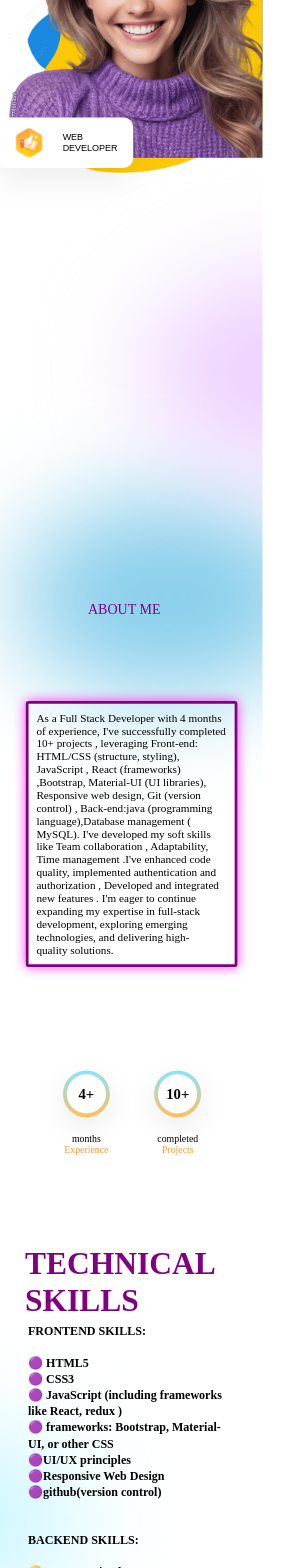
Repository: glorysandy/Protfolio
Page: /
These files come from the project's save history. The page is drawn as it stood at one moment and after the next save; the edit follows.
The browser window is 375 px wide. The page is 440 px wide, so the pictures cover 440 px, including what lies to the right of the window. The pictures show the part of the page from y = 1097 to 3337 px (the page is 7883 px tall), at 70% of full size.
Some web fonts or font styles are not loaded; a fallback is used. The project was rebuilt for these pictures with package versions that can differ from the ones it lists, and the page was loaded fresh each time. Imported but missing from the stored project, and not drawn on this page: src/components/Services/SANDHIYA.P (RESUME).pdf.

Above is the page before, as saved 2024-10-17 16:07:03.

### public/index.html
<!DOCTYPE html>
<html lang="en">
  <head>
    <meta charset="utf-8" />
    <link rel="icon" href="%PUBLIC_URL%/favicon.ico" />
    <meta name="viewport" content="width=device-width, initial-scale=1" />
    <meta name="theme-color" content="#000000" />
    <meta
      name="description"
      content="Web site created using create-react-app"
    />
    <style>
      @font-face{
        font-family: Gumela;
        src:url('../src/fonts/*');
      }
      *{
        font-family: 'Gumela';
        font-weight:normal ;
        font-size: 20px;

      }
      body{
        margin: 0;
      }
    </style>
    <link rel="apple-touch-icon" href="%PUBLIC_URL%/logo192.png" />
    <!--
      manifest.json provides metadata used when your web app is installed on a
      user's mobile device or desktop. See https://developers.google.com/web/fundamentals/web-app-manifest/
    -->
    <link rel="manifest" href="%PUBLIC_URL%/manifest.json" />
    <!--
      Notice the use of %PUBLIC_URL% in the tags above.
      It will be replaced with the URL of the `public` folder during the build.
      Only files inside the `public` folder can be referenced from the HTML.

      Unlike "/favicon.ico" or "favicon.ico", "%PUBLIC_URL%/favicon.ico" will
      work correctly both with client-side routing and a non-root public URL.
      Learn how to configure a non-root public URL by running `npm run build`.
    -->
    <title>React App</title>
  </head>
  <body>
    <noscript>You need to enable JavaScript to run this app.</noscript>
    <div id="root"></div>
    <!--
      This HTML file is a template.
      If you open it directly in the browser, you will see an empty page.

      You can add webfonts, meta tags, or analytics to this file.
      The build step will place the bundled scripts into the <body> tag.

      To begin the development, run `npm start` or `yarn start`.
      To create a production bundle, use `npm run build` or `yarn build`.
    -->
  </body>
</html>

### src/components/Navbar/Navbar.jsx
import React from "react";
import Toggle from "../Toggle/Toggle";
import "./Navbar.css";
import { Link } from "react-scroll";
const navbar = () => {
  return (
    <div className="n-wrapper" id="Navbar">
      {/* left */}
      <div className="n-left">
        <div className="n-name">MODE</div>
        <Toggle />
      </div>
      {/* right */}
      <div className="n-right">
        <div className="n-list">
          <ul style={{ listStyleType: "none" }}>
            <li>
              <Link activeClass="active" to="Navbar" spy={true} smooth={true}>
                HOME
              </Link>
            </li>
            <li>
              <Link to="testimonial" spy={true} smooth={true}>
                ABOUT
              </Link>
            </li>
            <li>
              <Link to="works" spy={true} smooth={true}>
                SKILLS
              </Link>
            </li>
            <li>
              <Link to="portfolio" spy={true} smooth={true}>
                PROJECTS
              </Link>
            </li>
            <li>
              <Link to=" services" spy={true} smooth={true}>
                RESUME
              </Link>
            </li>
          </ul>
        </div>
        <Link to="contact" spy={true} smooth={true}>
        <button className="button n-button">CONTACT</button>
        </Link>
      </div>
    </div>
  );
};

export default navbar;

### src/components/Testimonials/Testimonial.jsx
import React from "react";
import "./Testimonial.css";
import back from  "../../img/Hand coding-rafiki.png";
import { width } from "@fortawesome/free-brands-svg-icons/fa42Group";
const Testimonial = () => {

  return (
    <div className="t-wrapper" id="testimonial">
      <div className="t-heading" style={{marginLeft:"95vh" ,marginTop:"35vh"}}>
        <span>ABOUT </span>
        <span>ME </span>
      <div className="blur t-blur1" style={{ background: "var(--purple)" }}></div>
      <div className="blur t-blur2" style={{ background: "skyblue" }}></div>
      <div className="blur t-blur3" style={{ background: "voilet" }}></div>
       <div className="t-back"  >
       <img
          src={back}
          alt=""
        />
</div> <div className="t-sen" style={{fontSize:"1.6rem",fontWeight: "7rem",  position: "absolute", marginTop: "-100vh" ,marginLeft: "-48px",marginRight: "18px"
}}> <span>As a Full Stack Developer with 4 months of experience, I've   successfully completed 10+ projects , leveraging Front-end:  HTML/CSS (structure, styling), JavaScript , React (frameworks) ,Bootstrap, Material-UI (UI libraries), Responsive web design, Git (version control)
, Back-end:java (programming language),Database management ( MySQL). I've developed my soft skills like Team collaboration , Adaptability, Time management .I've enhanced code quality, implemented authentication   and authorization
,  Developed and integrated new features
. I'm eager to continue expanding my expertise in full-stack development, exploring emerging technologies, and delivering high-quality solutions.</span></div> </div>

<div className="head"> <span> ABOUT ME</span></div>

    <div className="dup">
    <span>As a Full Stack Developer with 4 months of experience, I've   successfully completed 10+ projects , leveraging Front-end:  HTML/CSS (structure, styling), JavaScript , React (frameworks) ,Bootstrap, Material-UI (UI libraries), Responsive web design, Git (version control)
, Back-end:java (programming language),Database management ( MySQL). I've developed my soft skills like Team collaboration , Adaptability, Time management .I've enhanced code quality, implemented authentication   and authorization
,  Developed and integrated new features
. I'm eager to continue expanding my expertise in full-stack development, exploring emerging technologies, and delivering high-quality solutions.</span>


      </div>

       </div>

  );
};

export default Testimonial;

### src/components/Experience/Experience.jsx
import React, { useContext } from "react";
import { themeContext } from "../../Context";
import "./Experience.css";
const Experience = () => {
  const theme = useContext(themeContext);
  const darkMode = theme.state.darkMode;

  return (
    <div className="experience" id='experience'>
      <div className="achievement">
        {/* darkMode */}
        <div className="circle" style={{color: darkMode?'var(--orange)':''}}>4+</div>
        <span  style={{color: darkMode?'white':''}}>months </span>
        <span>Experience</span>
      </div>
      <div className="achievement">
        <div className="circle" style={{color: darkMode?'var(--orange)':''}}>10+</div>
        <span  style={{color: darkMode?'white':''}}>completed </span>
        <span>Projects</span>
      </div>
    </div>
  );
};

export default Experience;

### src/components/Portfolio/Portfolio.jsx
import React, { useContext } from "react";
import "./Portfolio.css";
import { Swiper, SwiperSlide } from "swiper/react"
import "swiper/css";
import pro from "../../img/pro 1 copy.jpg";
import pro2 from "../../img/pro2.jpg";
import HOC from "../../img/hoc.png";
import pro3 from "../../img/pro3.jpg";
import { themeContext } from "../../Context";

const Portfolio = () => {
  const theme = useContext(themeContext);
  const config ={
    social:{
      pro1:'https://project-1-nerolac.vercel.app/',
      pro2:'https://rock-paper-scissors-phi-puce.vercel.app/',
      pro3:'https://sliding-puzzle-jade.vercel.app/',
    }
}

  const darkMode = theme.state.darkMode;
  return (
    <div className="portfolio" id="portfolio">
            <div className="blur t-blur2" style={{ background: "skyblue" }}></div>
      <div className="blur t-blur2" style={{ background: "voilet" }}></div>

      {/* heading */}
      <span style={{color: darkMode?'white': ''}}>Recent Projects</span>
      <span>Portfolio</span>



      {/* slider */}
      <Swiper
        spaceBetween={30}
        slidesPerView={3}
        grabCursor={true}
        className="portfolio-slider"
      ><div className="silde">


        <SwiperSlide>
          <div >
       <a href={config.social.pro1}  ><img src={pro} alt="" /></a>
          </div>
        </SwiperSlide>
        <SwiperSlide>
          <div>
          <a href={config.social.pro2}  ><img src={pro2} alt="" /></a>
          </div>
        </SwiperSlide>
        <SwiperSlide>
        <div>
        <a href={config.social.pro3}  ><img src={pro3} alt="" /></a>
        </div>
        </SwiperSlide>
        <SwiperSlide>
          <div>

          </div>
          <img src={HOC} alt="" />
        </SwiperSlide></div>
      </Swiper>

    </div>
  );
};

export default Portfolio;

### src/components/Contact/Contact.jsx
import React, { useContext, useRef, useState } from "react";
import "./Contact.css";
import emailjs from '@emailjs/browser';
import { themeContext } from "../../Context";

const Contact = () => {
  const theme = useContext(themeContext);
  const darkMode = theme.state.darkMode;
  const form = useRef();
  const [done, setDone] = useState(false)
  const sendEmail = (e) => {
    e.preventDefault();

    emailjs
      .sendForm(
        "service_y60teja",
        "template_4kj4n7i",
        form.current,
        "ORKOyUiaYznGkr2zZ"
      )
      .then(
        (result) => {
          console.log(result.text);
          setDone(true);


        },
        (error) => {
          console.log(error.text);
        }
      );
  };

  return (
    <div className="contact-form" id="contact">
      {/* left side copy and paste from work section */}

      <div className="w-left">
        <div className="awesome">
          {/* darkMode */}
          <span style={{color: darkMode?'white': ''}}>Get in Touch</span>
          <span style={{color:"purple"}}>Contact me</span>
          <div
            className="blur s-blur1"
            style={{ background: "#ABF1FF94" }}
          ></div>
        </div>
      </div>
      {/* right side form */}
      <div className="c-right">
      <form ref={form}  onSubmit={sendEmail}>
          <input type="text" name="user_name" className="user"  placeholder="NAME"/>
          <input type="email" name="user_email" className="user" placeholder="EMAIL"/>
          <textarea name="message" className="user" placeholder="MESSAGE"/>
          <input  type="submit" value="Send" className="button"/>
          <span  className="c-t">{done && "Thanks for Contacting me"}</span>  </form>
          <div
            className="blur c-blur1"
            style={{ background: "var(--purple)" }}
          ></div>


      </div>
      </div>

  );
};

export default Contact;

### src/components/Footer/Footer.jsx
import React from "react";
import "./Footer.css";
import Git from "../../img/git3.png";
import ins from "../../img/mylink.png";
import end from "../../img/end.png";
import wave2 from "../../img/AdobeStock_559187959 copy.png";
import { width } from "@fortawesome/free-brands-svg-icons/fa42Group";
const Footer = () => {

  const config ={
    social:{
      Github:'https://github.com/glorysandy',
      LinkedIn:'https://www.linkedin.com/in/sandhiya-parasuraman-822719298/',

    }
}


  return (
    <div className="footer">
     <img src={wave2} alt="" style={{ width: "100%", height: "80%",  marginTop:"-2vh"}} />

     <div className="blur t-blur1" style={{ background: "var(--purple)" }}></div>
      <div className="blur t-blur2" style={{ background: "var(--purple)" }}></div>
      <div className="f-content"  >
        <div>        <span > EMAIL ID: samuve0842@gmail.com</span> <br></br> <br></br> <br></br>
        <span>PHONE NO: 9043545860</span>
        </div>
        <div className="f-back"  >
       <img
          src={end}
          alt=""
        />
        </div>

        <div className="f-icons" >

          <a href={config.social.LinkedIn} ><img src={ins} alt="" /></a>
          <a href={config.social.Github}><img src={Git} alt=""/></a>
        </div>

      </div>
      </div>
  );
};

export default Footer;

### src/components/Toggle/Toggle.jsx
import React, { useContext } from "react";
import "./Toggle.css";
import Moon from "@iconscout/react-unicons/icons/uil-moon";
import Sun from "@iconscout/react-unicons/icons/uil-sun";
import { themeContext } from "../../Context";

const Toggle = () => {
  const theme = useContext(themeContext);
  const darkMode = theme.state.darkMode;
  const handleClick = () => {
    // debugger
    theme.dispatch({ type: "toggle" });
  };
  return (
    <div className="toggle" onClick={handleClick}>
      <Moon />
      <Sun />
      {/*                              toggle.css mein left ki property aik assign hy ussy delete
                                          krna hy pehly */}
      <div
        className="t-button"
        style={darkMode ? { left: "2px" } : { right: "2px" }}
      ></div>
    </div>
  );
};

export default Toggle;

### src/components/Navbar/Navbar.css
.n-wrapper {
  height: 10vh;
  display: flex;
  justify-content: space-between;
  margin-bottom: 2rem;
  top: 0;
}
.n-left {
  flex: 1;
  align-items: center;
  justify-content: left;
  display: flex;
  gap: 2rem;

}
.n-name {
  font-size: 1.3rem;
  font-weight: bold;
}
.n-right {
  flex: 1;
  display: flex;
  align-items: center;
  justify-content: flex-end;
  font-weight: 400;

}
.n-right :hover{
  color: rgb(165, 0, 137);


}
.n-list {
  flex: 10;
}
.n-list > ul {
  display: flex;
  gap: 2rem;
  margin-right: 4rem;
}

.n-list > ul :hover {
  color: var(--orange);
  cursor: pointer;


}

.n-button {
  flex: 2;

}

@media screen and (max-width: 480px) {
  .n-list {
    display: none;
  }
}

### src/components/Intro/Intro.css
.Intro {
  display: flex;
  height: 77vh;
  margin-top: 6rem;
}

/* left side styling */
.i-left {
  display: flex;
  position: relative;
  flex: 1;
  flex-direction: column;
  gap: 2rem;
}
.i-name {
  display: flex;
  flex-direction: column;
  gap: 0.25rem;
}
.i-name > :nth-child(1) {
  color: rgb(243, 188, 6);
  font-weight: bold;
  font-size: 3rem;
}
.i-name > :nth-child(2) {
  color: rgb(136, 7, 136);

  font-weight: bold;
  font-size: 2.9rem;
}
.i-name > :nth-child(3) {
  font-weight: 100;
  font-size: 17px;
  color: var(--gray);
  margin-top: 10px;
}
.i-button {
  width: 6rem;
  height: 2rem;

}
.i-button:hover{
  color: rgb(121, 1, 101);
  background-color: rgb(226, 80, 255);
  box-shadow: 0 0 20px rgb(255, 53, 238);

}
.i-icons {
  margin-top: 3rem;
  display: flex;
  gap: 0rem;
}
.i-icons > * {
  transform: scale(0.5);
}
.i-icons > *:hover {
  cursor: pointer;
  color: rgb(121, 1, 101);
  background-color: rgb(226, 80, 255);
  box-shadow: 0 0 20px rgb(255, 53, 238);


}
/* right side styling */
.i-right {
  flex: 1;
  position: relative;
}
.i-right > * {
  position: absolute;
  z-index: 1;
}
.i-right > :nth-child(1) {
  transform: scale(0.69);
  left: -15%;
  top: -9%;
}
.i-right > :nth-child(2) {
  top: -4.6rem;
  transform: scale(0.67);
  left: -3rem;
}
.i-right > :nth-child(3) {
  transform: scale(1.4);
  width: 18rem;
  height: 18rem;
  left: 28%;
}
.i-right > :nth-child(4) {
  transform: scale(0.62);
  top: -19%;
  left: -24%;
  border-radius: 50%;
  padding: 0;
}

/* blur */
.blur {
  position: absolute;
  width: 22rem;
  height: 14rem;
  border-radius: 50%;
  background: #edd0ff;
  filter: blur(212px);
  z-index: -9;
  top: -18%;
  left: 56%;
  filter: blur(72px);
}

@media screen and (max-width: 480px) {
  .Intro {
    flex-direction: column;
    gap: 7rem;
    height: 64rem;
  }

  .i-right {
    transform: scale(0.8);
    left: -3rem;
  }
  .i-right .blur {
    display: none;
  }
  .floating-div:nth-of-type(1){
    /* display: none; */
    top: -7rem !important;;
  }
}

### src/components/Testimonials/Testimonial.css
.t-wrapper{
    padding:  0 3rem 0 3rem;;
    height: 100vh;
    display: flex;
    align-items: center;
    justify-content: center;
    margin-top: 7rem;
    flex-direction: column;
    gap: 2rem;
    position: relative;


}
.t-heading{
    align-self: start;

}
.t-heading>*{
    font-size: 2rem;
    font-weight: bold;

}
.t-heading span:nth-of-type(2){
    color: rgba(170, 0, 170, 0.733);
}
.head{
    margin-left: -90vh;
    margin-top: -1rem;
    font-size: 20vh;
    color: purple;
    font-weight: bold;
    display: none;
}
.t-blur1{
    left: 38rem;
    top: 16rem;
}
.t-blur2{
    top: 9rem;
    left: 0;
}
.t-back{
    display: flex;
    position: relative;
    width: 35rem;
    height:35rem;
    left:-115vh;
    top:-3rem;
}
.t-sen{
font-size:1.6rem;
}
.t-sen:hover{
cursor: pointer;
color: rgb(121, 1, 101);
box-shadow: 0 0 20px rgb(255, 53, 238);
padding: 0.7rem;
border-radius: 5px;
}
.dup{
    display: none;

}
.dup{
    cursor: pointer;
    color: rgb(121, 1, 101);
    box-shadow: 0 0 20px rgb(255, 53, 238);
    padding: 0.7rem;
    border-radius: 5px;

}
@media screen and (max-width: 480px) {

    .t-back{
        flex-direction: column;
        transform: scale(0.6);
        margin-left:  -115px;
        gap:5rem;
        height: 64rem;
        margin-top: -70vh;
        position: relative;
        display: none;
    }
    .head{
        margin-top: 1vh;
        display: flex;
        margin-left: -20px;
    font-size: 20rem;
    font-weight: bolder;
    }
    .dup  {

        display: flex;
        margin-top: 4vh;
        transform: scale(0.8);
        border: 5px solid purple;
        color: black;
        width: 340px;
        justify-content: start;
    }
    .c-t{
        transform: scale(0.7);
        margin-top: -2rem;
    }
}

### src/components/Experience/Experience.css
.experience {
  display: flex;
  align-items: center;
  justify-content: center;
  gap: 5rem;
  height: 30vh;
  margin-bottom: 8rem;
  /* darkmode */
  color: var(--black);
  margin-top: 15vh;
}
.achievement{
    display: flex;
    flex-direction: column;
    align-items: center;
}
.circle {

    width: 4rem;
    height: 4rem;
    background: white;
    border-radius: 100%;
    position: relative;
    display: flex;
    align-items: center;
    justify-content: center;
    font-size: 1.5rem;
    font-weight: bold;
    margin-bottom: 2rem;
}
.circle::before {
    border-radius: 100%;
    content: '';
    background-image: linear-gradient(to bottom, #87e6fb 0%, #ffc05c 100%);
    top: -8px;
    left: -8px;
    bottom: -8px;
    right: -8px;
    position: absolute;
    z-index:-1;
    box-shadow: var(--boxShadow);
}

.achievement span:nth-of-type(2){
    color: var(--orange);
}


@media screen and (max-width: 480px) {
    .experience{
        transform: scale(0.7);
        margin-top: 7rem;
    }
}

### src/components/Works/Works.css
.works {
  padding: 0 3rem 0 3rem;
  display: flex;
  height: 90vh;
  margin-top: -3rem;

  /* scroll */
  align-items: center;
}
/* left side */
.awesome {
  display: flex;
  flex-direction: column;
  position: relative;
}
.tex:hover{
cursor: pointer;
color: rgb(121, 1, 101);
box-shadow: 0 0 20px rgba(255, 147, 246, 0.89);
background-color: rgba(204, 0, 245, 0.068);
padding: 2.2rem;
}
.k-button {

  width: 8rem;
  height: 2rem;
  top: 4rem;
}

/* right side */
.w-right {
  position: relative;
}

.w-mainCircle {
  left: 9rem;
  position: relative;
  width: 18rem;
  height: 18rem;
  border-radius: 100%;
  box-shadow: var(--smboxShadow);
  top: 2rem;
  background: white;
  /* darkMode */
  z-index: 2;
}
.w-mainCircle > * {
  position: absolute;
}
.w-mainCircle > :nth-child(1) {
  top: -3rem;
  left: 6rem;
}
.w-mainCircle > :nth-child(2) {
  left: -3rem;
  top: 5rem;
}
.w-mainCircle > :nth-child(3) {
  left: 6rem;
  top: 5rem;
}
.w-mainCircle > :nth-child(4) {
  left: 15rem;
  top: 5rem;
}
.w-mainCircle > :nth-child(5) {
  left: 6rem;
  top: 13rem;
}
.w-secCircle {
  width: 6.5rem;
  height: 6.5rem;
  position: absolute;
  border-radius: 100%;
  border: 5px solid #ebebeb;
  display: flex;
  align-items: center;
  justify-content: center;
  background: "none";
  box-shadow: var(--smboxShadow);
  background: white;
}

.w-secCircle > img {
  transform: scale(0.6);
}

.w-backCircle {
  position: absolute;
  height: 13rem;
  width: 13rem;
  border-radius: 100%;
  /* darkMode */
  z-index: 1;
}
.blueCircle {
  background: #1949b8;
  left: 18rem;
  top: 0rem;
}
.yellowCircle {
  background: #f5c32c;
  left: 18rem;
  top: 8rem;
}

@media screen and (max-width: 480px) {
  .works {
    flex-direction: column;
  height: 220vh;
    padding: 1rem;
    gap: 5rem;
    position: relative
    ;
    margin-top: -6rem;
  }
  .awesome > :nth-child(2){
    position: relative;
    transform: scale(0.9);

    margin-left: -20px;
  }
 .awesome > :nth-child(3){

  transform: scale(1.0);
font-size: 0.5rem;
display: contents;
margin-left: 5rem;

}
.k-button{
  gap: 1rem;
  margin-top: 2vh;
  margin-left: 1rem;
}
  .w-right {
    display: flex;
    align-items: flex-start;
    justify-content:start;
    transform: scale(0.7);

  }
  .w-mainCircle{
    position: static;
  }
  .w-backCircle{
    left: 8rem!important;
  }

}

### src/components/Portfolio/Portfolio.css
.portfolio {
  display: flex;
  align-items: center;
  justify-content: center;
  flex-direction: column;
  height: 70vh;
margin-top: 3rem;;
}
/* heading */
.portfolio span:nth-of-type(1) {
  color: var(--black);
  font-size: 2rem;
  font-weight: bold;
}

.portfolio span:nth-of-type(2) {
  color: purple;
  font-size: 2.5rem;
  font-weight: bold;
}

/* slider */
.portfolio .swiper{
    overflow: visible!important;
}

.portfolio-slider {
  margin-top: 6rem;
  width: 100%;
}

.portfolio-slider .swiper-slide {
  width: 20rem;
}
.portfolio img {
  width: 19rem;
  filter: drop-shadow(-12px 15px 13px rgba(0, 0, 0, 0.25));
  border-radius: 19px;
}
.slide{
  cursor: pointer;
  background-color: rgb(1, 12, 22);
}
.s-blur2 {
  left: 14rem;
  top: 8rem;
}

.s-blur1 {
  top: 13rem;
  left: -18rem;
}

### src/components/Services/Services.css
.services {
  padding: 0 3rem 0 3rem;
  display: flex;
  height: 30rem;
  margin-bottom: 8rem;
  margin-top: 5rem;
  margin-bottom: 13rem;
  /* scroll view */
  padding-top: 3rem;
}
/* left side */
.awesome {
  display: flex;
  flex-direction: column;
  position: relative;
  /* gap: 20px; */
}

.awesome > :nth-child(1) {
  color: var(--black);
  font-size: 2.5rem;
  font-weight: bold;
}
.awesome > :nth-child(2) {
  color: purple;
  font-size: 2.5rem;
  font-weight: bold;
}
.awesome > :nth-child(3) {
  color: var(--gray);
  font-size: 14px;
  margin-top: 1rem;
}
.s-back{
  display: flex;
  position: relative;
  height: 80vh;
  width: 80vh;
  margin-left: -130px;
  margin-top: -3rem;
}

.s-button {
  width: 10rem;
  height: 2.4rem;
  margin-top: -0.3rem;
font-weight: 600;
}
/* right sided */
.cards {
  position: relative;
  left: 32vh;
}
.cards > * {
  position: absolute;
}

/* blur */
.s-blur2 {
  left: 14rem;
  top: 8rem;
}

.s-blur1 {
  top: 13rem;
  left: -18rem;
}

@media screen and (max-width: 480px) {
  .services {
    margin-top: 4rem;
    flex-direction: column;
    gap: 5rem;
    height: 66rem;
    padding: 2px;
  }
.s-back{
  transform: scale(0.8);
  padding: 1rem;
}
  .cards {
    display: flex;
    flex-direction: column;
    gap: 17rem;
  }
  .cards > * {
    position: static;
  }
  .s-button{
    justify-content: center;
    margin-left: 4rem;
  }
}

### src/components/Contact/Contact.css
.contact-form{
    padding: 0 3rem 0 3rem;
    display: flex;
    height: 80vh;
    margin-top: 1rem;
      /* scroll */
  padding-top: 3rem;
}


.c-right{
    display: flex;
    justify-content: center;
    position: relative;
    flex: 1;
}

.c-right>form
{
    display: flex;
    flex-direction: column;
    gap: 2rem;
    align-items: center;

}

.c-right .user{
    width: 20rem;
    height: 2rem;
    padding: 0.3em;
    outline: none;
    border: 4px solid purple;
    border-radius: 8px;
    font-size: 16px;

}

.user:hover{
    border: 4px solid purple ;
    background-color: rgb(245, 194, 255);
    box-shadow: 0 0 20px rgb(255, 170, 248);
cursor: pointer;
}
textarea{
    height: 4rem!important;
}

.c-blur1{
    top: 1rem;
    left: 8rem;
}

@media screen and (max-width: 480px) {
    .contact-form{
        padding: 1rem;
        flex-direction: column;
        gap: 5rem;
        height: 40rem;
        margin-top: 20rem;
    }
    .c-right .user{
        width: 16rem;

    }

}   .c-right .button{
    position: static;
}

### src/components/Footer/Footer.css
.footer {
  display: flex;
  align-items: center;
  margin: -0.5rem -3.5rem;
  position: relative;
  margin-top: -7rem;

}

.f-content {
  position: absolute;
  display: flex;
  align-items: center;
  justify-content: center;
  flex-direction: column;
  width: 100%;
  margin-top: 2rem;
  gap: 4rem;
  color: rgb(143, 0, 143);
  font-weight: 700;
  font-size: 10rem;
}
.f-ip{
  display: flex;
  position: relative;
  width: 5rem;
  height:5rem;

}
.f-icons {
  display: flex;
  gap: 2rem;
  margin-top: -3rem;
  margin-left: -60px;
}
.f-icons:hover{
color:rgb(254, 255, 176);
cursor: pointer;
}
.f-back{
  position: absolute;
  margin-left: -120vh;
  margin-top: -6rem;
}
@media screen and (max-width: 480px){
  .footer{
    margin-top: -8rem;
  }
  .f-content{
    transform: scale(.5);
    margin-left: 20px;
    margin-top: -0.5rem;


  }
  .f-back{
    transform: scale(0.65);
   margin-left: -570px;
  }
}

### src/components/Toggle/Toggle.css
.toggle{
    display: flex;
    justify-content:space-between;
    border: 3px solid var(--purple);
    border-radius: 1rem;
    position: relative;
    padding: 2px;
    cursor: pointer;

}
.toggle>*{
    width: 1rem;
    height: 1rem;
    color: purple;
}
.t-button{
    border-radius: 100%;
    background: var(--purple );
    position: absolute;
}
.t-button:hover{
    background: linear-gradient(180deg, #e600e6 26.71%, #9f00be 99.36%);
    box-shadow: 0px 20px 24px 3px rgba(184, 0, 144, 0.42);

}

### src/components/Card/Card.css
.card {
  width: 10rem;
  height: 13rem;
  position: absolute;
  display: flex;
  flex-direction: column;
  gap: 1rem;
  align-items: center;
  width: 10rem;
  text-align: center;
  background: rgba(255, 255, 255, 0.26);
  border: 8px solid rgba(150, 0, 150, 0.815);
  box-shadow: var(--boxShadow);
  border-radius: 20px;
  padding: 0px 26px 2rem 26px;
}
.card span:nth-of-type(2) {
  color: var(--gray);
  font-size: 16px;
}
.card > img {
  transform: scale(0.6);
  margin-bottom: -2rem;
}
.c-button {
    background: #FFFFFF;
    box-shadow: 0px 19px 60px rgba(0, 0, 0, 0.08);
    border-radius: 7px;
    border: none;
    padding: 10px;
    font-size: 16px;
    color: #5290FD;
}

.c-button:hover{
    transform: scale(1.1);
    cursor: pointer;
}
/* cards */




@media screen and (max-width: 480px){
  .card{
    width: 240px;
    margin-left: -140px;
    justify-content: center;
    padding: 1 rem;
  }
}

Loaded but not shown: src/index.js (common file); src/App.js (common file); src/Context.js (common file); src/App.css (common file); src/components/FloatingDiv/FloatingDiv.jsx (common file); src/components/Card/Card.jsx (common file); src/components/FloatingDiv/FloatingDiv.css (common file); src/components/Intro/Intro.jsx (109 lines, source omitted); src/components/Works/Works.jsx (95 lines, source omitted); src/components/Services/Services.jsx (95 lines, source omitted)

After the next save:
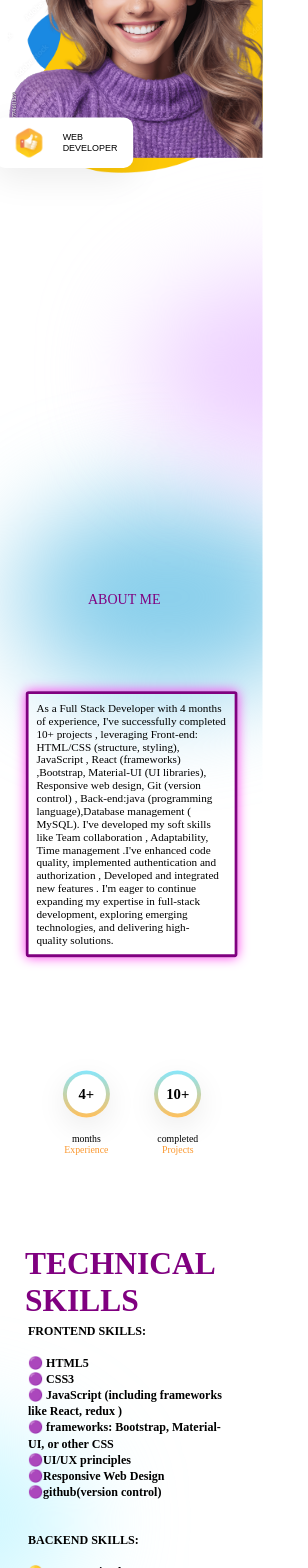
Saved 2 min 18 s later.
--- a/src/components/Testimonials/Testimonial.css
+++ b/src/components/Testimonials/Testimonial.css
@@ -82,7 +82,7 @@ border-radius: 5px;
         display: none;
     }
     .head{
-        margin-top: 1vh;
+        margin-top: ;
         display: flex;
         margin-left: -20px;
     font-size: 20rem;
